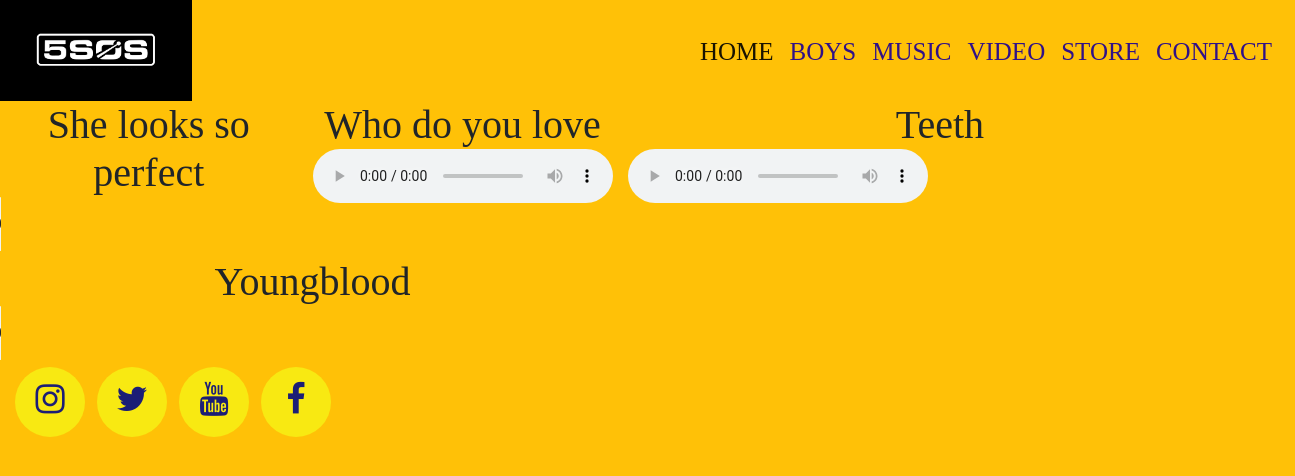
Repository: sun5lower/5SOS
Page: music.html
The author's editor kept a record of every edit. The page is drawn from the files as they stood at one moment, then again after the next edit.
The browser window is 1280 px wide. The page is 1295 px wide, so the pictures cover 1295 px, including what lies to the right of the window. The pictures show the whole page.

Above is the page before.

### music.html
<!DOCTYPE html>
<html lang="en">

<head>
    <meta charset="UTF-8">
    <meta name="viewport" content="width=device-width, initial-scale=1.0">
    <meta http-equiv="X-UA-Compatible" content="ie=edge">
    <link rel="stylesheet" href="https://stackpath.bootstrapcdn.com/bootstrap/4.3.1/css/bootstrap.min.css" type="text/css" />
    <link rel="stylesheet" href="https://stackpath.bootstrapcdn.com/font-awesome/4.7.0/css/font-awesome.min.css" type="text/css" />
    <link rel="stylesheet" href="https://cdnjs.cloudflare.com/ajax/libs/hover.css/2.3.1/css/hover-min.css" type="text/css" />
    <link rel="stylesheet" href="assets/css/style.css" type="text/css" />
    <script src="https://ajax.googleapis.com/ajax/libs/jquery/3.4.1/jquery.min.js"></script>
    <script src="https://maxcdn.bootstrapcdn.com/bootstrap/3.4.0/js/bootstrap.min.js"></script>
    <title>5sos</title>

</head>

<body>

    <!--Navigation-->

    <header class="container-fluid">
        <div class="row no-gutters">
            <div class="col-6 col-md-6">
                <a href=index.html><img src="assets/images/brand5.png" class="navbar-brand"></a>
            </div>
            <nav class="col-4 col-md-6 navbar navbar-expand-md navbar-light bg-dark sticky-top expand-md">
                <button class="navbar-toggler ml-auto" type="button" data-toggle="collapse" data-target="#navbarNavDropdown" aria-controls="navbarNavDropdown" aria-expanded="false" aria-label="Toggle navigation">
                    <span class="navbar-toggler-icon"></span>
                </button>
                <div class="collapse navbar-collapse" id="navbarNavDropdown">
                    <ul class="navbar-nav ml-auto">
                        <li class="nav-item active">
                            <a href="index.html" class="nav-link">HOME</a>
                        </li>
                        <li class="nav-item">
                            <a class="nav-link" href="boys.html">BOYS</a>
                        </li>
                        <li class="nav-item">
                            <a class="nav-link" href="music.html">MUSIC</a>
                        </li>
                        <li class="nav-item">
                            <a class="nav-link" href="video.html">VIDEO</a>
                        </li>
                        <li class="nav-item">
                            <a class="nav-link" href="store.html">STORE</a>
                        </li>
                        <li class="nav-item">
                            <a class="nav-link" href="contact.html">CONTACT</a>
                        </li>

                    </ul>
                </div>
            </nav>
        </div>
    </header>


   <!--Audio files-->
   <section>
    <div class="container-fluid">
        <div class="row music">
        <div class="col-md-3 col-sm-12 ">
            <h1 class="title">She looks so perfect</h1>
    <audio controls>
        <source src="assets/she-looks-so-perfect.mp3" type="audio/ogg">
 </audio>
   </div>
   <div class="col-md-6col-sm-12 ">
  <h1 class="title">Who do you love</h1>
  <audio controls>
        <h1 class="title">Youngblood</h1>
  <source src="assets/who-do-you-love.mp3" type="audio/ogg">

 </audio>
   </div>
   <div class="col-md-6 col-sm-12 ">
  <h1 class="title">Teeth</h1>
  <audio controls>
        <h1 class="title"> Youngblood</h1>
  <source src="assets/teeth.mp3" type="audio/ogg">
 </audio>
 </div>
 <div class="col-md-6 col-sm-12 ">
 <h1 class="title">Youngblood</h1>
    <audio controls>
        <source src="assets/youngblood.mp3" type="audio/ogg">
 </audio>
 </div>



</section>



    <div class="col-sm-4">

        <ul class="list-inline social-links">
            <li class="list-inline-item">
                <a target="_blank" href="https://www.instagram.com/5sos/">
                            <i class="fa fa-instagram" aria-hidden="true"></i>
                            <span class="sr-only">Instagram</span>
                        </a>
            </li>


            <li class="list-inline-item">
                <a target="_blank" href="#">
                            <i class="fa fa-twitter" aria-hidden="true"></i>
                            <span class="sr-only">Twitter</span>
                        </a>
            </li>

            <li class="list-inline-item">
                <a target="_blank" href="https://www.youtube.com/channel/UC-vKwDHcbPLtjml81ohGRng">
                            <i class="fa fa-youtube" aria-hidden="true"></i>
                            <span class="sr-only">YouTube</span>
                        </a>
            </li>
            <li class="list-inline-item">
                <a target="_blank" href="https://www.facebook.com/176437022408772/photos/2660836317302151/">
                            <i class="fa fa-facebook" aria-hidden="true"></i>
                            <span class="sr-only">Facebook</span>
                        </a>
            </li>
        </ul>

    </div>
    </div>
    </div>
    </div>


</body>

</html>

### assets/css/style.css
@import url('https://fonts.googleapis.com/css?family=Indie+Flower: 100,200,300,400,500,600,700,800');

/*----------------------------------------------------------Colors */



.uppercase {
    color: #8B1616;
}

.h1.display-2 {
    padding: 0;
    color: #F6EF12;
}

h1,h2,h3,h4 {
    margin: 0;
    text-align: center;
}

h3 {
   color: #F4570B;
   float: left;
}

body {
   background-color: #ffc107;
   font-family: Permanent marker;

}
.display-4 {
    color: #000000;
    text-transform: uppercase;
    font-family: Permanent marker;
    text-align: center;
}


.bg-dark {
    background-color: #ffc107!important;
}

.container-fluid {
    padding :0;
    margin: 0;
}

div.container-fluid.card {
    padding: 0;
    margin: 0;
}


/*----------------------------------------------------------Navbar  */

img.navbar-brand {
    padding: 0;
}

.a {
    font-size: 45px;
    color: #F4570B;
    text-decoration: none;
}



.navbar-brand {
   padding:  20;
   margin: 0;
   max-width: 30%;
   background-size: auto;
  background-position: center;
}

.navbar-light .navbar-nav .nav-link {
    color: #301188;
    font-family: Permanent Marker;
    font-size:25px;
}

.nav-item {
    height: 75px;
    text-align: center;
    padding: 0;
}

a.nav-link {
    font-weight: 500;
    color: #F6EF12;
    padding: 20px;
}


/* ---------------------------------------------------Hover.css */





/* ---------------------------------------------------Carousel */

.carousel-inner img {
    width: 100%;
    height: 100%;
}
#myCarousel {
    margin:0;
    padding: 0;
}
.carousel-item {
    position: relative;
    margin-right: -100%;
    width: 100%;
}

  /* ---------------------------------------------------Boys page */

img.card-img-top {
    background-color: #ffc107;
    size: auto;
    margin-top: 0;

}

.card {
    background-color: #ffc107;
    border-color: transparent;
    text-transform: capitalize;
    font-size: 28px;
    color: #1B1E76;

}

h4.card.title {
    font: bold;
    }

p.card-text {
    font-size: 20px;
}



/* ---------------------------------------------------Jumbotron */

.row.jumbotron {
    text-transform: capitalize;
    font-size: 25px;
    color: #1B1E76;
    background-color: #ffc107;
    font-family: cute font;
    text-align: center;
    margin-left: 40px;
    position: relative;
}


/* ---------------------------------------------------Footer */




 .social-links li a i {
    width: 70px;
    height: 70px;
    padding: 30px 0;
    border-radius: 100%;
    font-size: 34px;
    line-height: 4px;
    text-align: center;
    color: #1B1E76;
    background: #F8E912;
    transition:  0.35s ease-in-out;
    -moz-transition: all 0.35s ease-in-out;
    -webkit-transition: all 0.35s ease-in-out;
    -o-transition: all 0.35s ease-in-out;
}

.social-links li a i:hover {
    background: #C0C0C0;

}
.social {
    padding-bottom: 40px;
    padding-top: 45px;
}

/* ---------------------------------------------------Video */




.videoFrame {
  width:100%;
}

.videoFrame iframe{
   margin: 0 auto;
   display: block;
   width: 560px;
}
/* ---------------------------------------------------Audio */

.audio-file {
    text-align: center;
    margin: auto;
    color: #1B1E76;
}

.audio {
   filter: sepia(20%) saturate(70%) grayscale(1) contrast(99%) invert(12%);

}

body
* {box-sizing: border-box;}

input[type=text], select, textarea {
  width: 100%;
  padding: 12px;
  border: 1px solid #ccc;
  border-radius: 4px;
  box-sizing: border-box;
  margin-top: 6px;
  margin-bottom: 16px;
  resize: vertical;
}

input[type=submit] {
  background-color:  #ffc107;
  color: white;
  padding: 12px 20px;
  border: none;
  border-radius: 4px;
  cursor: pointer;
}

input[type=submit]:hover {
  background-color: #45a049;
}

.container {
  border-radius: 5px;
  background-color:  #ffc107;
  padding: 0;
}

After the next edit:
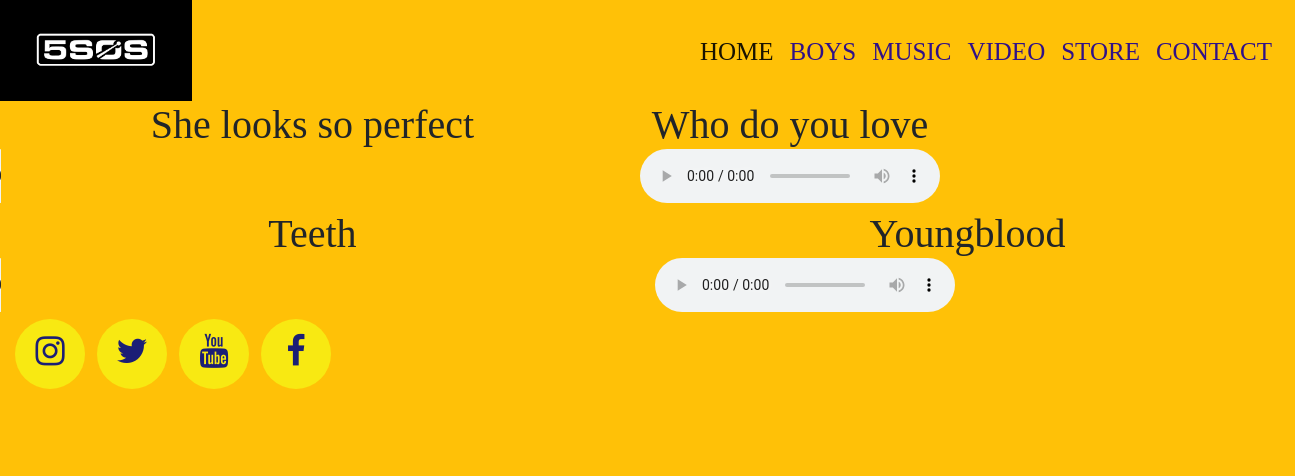
The edit:
--- a/music.html
+++ b/music.html
@@ -56,40 +56,37 @@
     </header>
 
 
-   <!--Audio files-->
-   <section>
-    <div class="container-fluid">
-        <div class="row music">
-        <div class="col-md-3 col-sm-12 ">
-            <h1 class="title">She looks so perfect</h1>
-    <audio controls>
+    <!--Audio files-->
+    <section>
+        <div class="container-fluid">
+            <div class="row music">
+                <div class="col-md-6 col-sm-12 ">
+                    <h1 class="title">She looks so perfect</h1>
+                    <audio controls>
         <source src="assets/she-looks-so-perfect.mp3" type="audio/ogg">
  </audio>
-   </div>
-   <div class="col-md-6col-sm-12 ">
-  <h1 class="title">Who do you love</h1>
-  <audio controls>
+                </div>
+                <div class="col-md-6col-sm-12 ">
+                    <h1 class="title">Who do you love</h1>
+                    <audio controls>
         <h1 class="title">Youngblood</h1>
   <source src="assets/who-do-you-love.mp3" type="audio/ogg">
 
  </audio>
-   </div>
-   <div class="col-md-6 col-sm-12 ">
-  <h1 class="title">Teeth</h1>
-  <audio controls>
+                </div>
+                <div class="col-md-6 col-sm-12 ">
+                    <h1 class="title">Teeth</h1>
+                    <audio controls>
         <h1 class="title"> Youngblood</h1>
   <source src="assets/teeth.mp3" type="audio/ogg">
  </audio>
- </div>
- <div class="col-md-6 col-sm-12 ">
- <h1 class="title">Youngblood</h1>
-    <audio controls>
+                </div>
+                <div class="col-md-6 col-sm-12 ">
+                    <h1 class="title">Youngblood</h1>
+                    <audio controls>
         <source src="assets/youngblood.mp3" type="audio/ogg">
  </audio>
- </div>
-
-
-
+                </div>
 </section>
 
 
